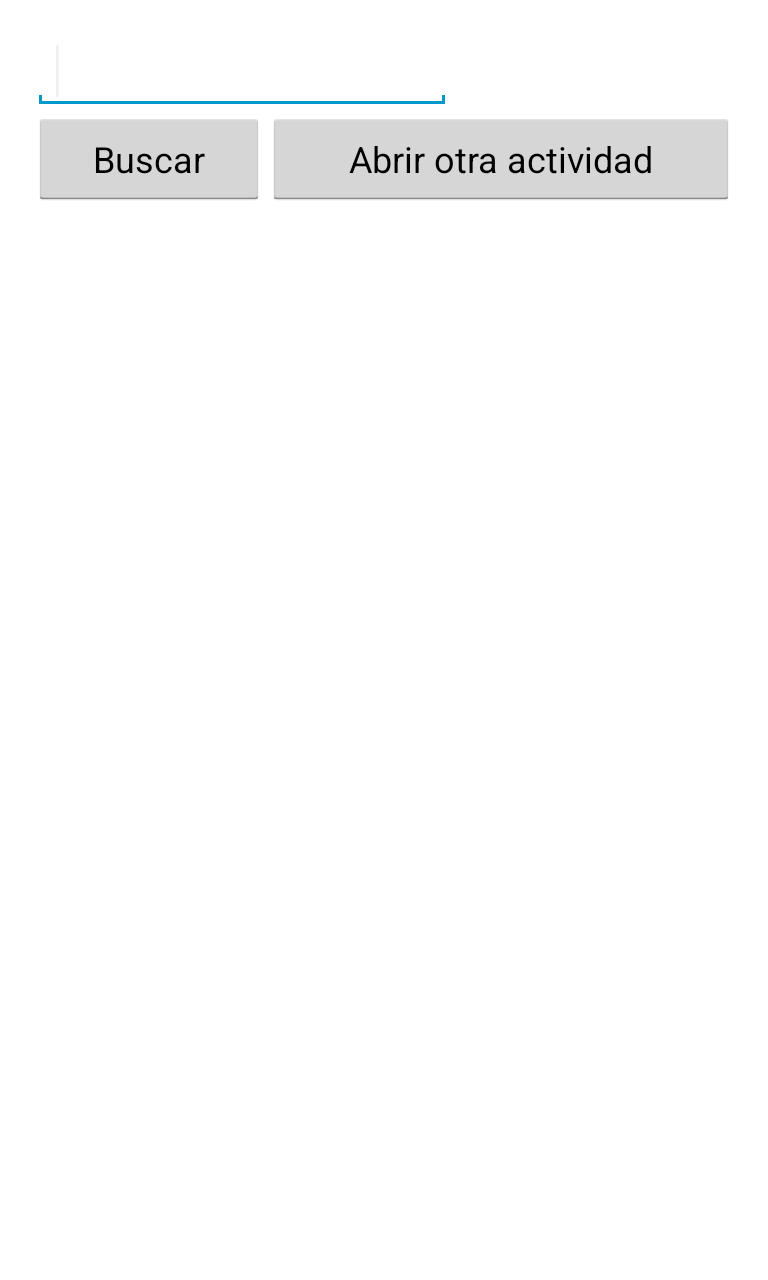
Repository: Kenwal/DemosS1
Layout: Demo5/res/layout/activity_main.xml
These files come from the project's save history. The layout is drawn as it stood at one moment and after the next save; the edit follows.
It is drawn on a 768 x 1280 px phone screen (xhdpi) without system bars, with theme AppTheme; the app's code is not run.

Above is the layout before, as saved 2014-01-23 17:36:58.

### Demo5/res/layout/activity_main.xml
<LinearLayout xmlns:android="http://schemas.android.com/apk/res/android"
    xmlns:tools="http://schemas.android.com/tools"
    android:layout_width="match_parent"
    android:layout_height="match_parent"
    android:paddingBottom="@dimen/activity_vertical_margin"
    android:paddingLeft="@dimen/activity_horizontal_margin"
    android:paddingRight="@dimen/activity_horizontal_margin"
    android:paddingTop="@dimen/activity_vertical_margin"
    android:orientation="vertical"
    android:id="@+id/mainContent"
    tools:context=".MainActivity" >

    <EditText
        android:id="@+id/editTextSearchQuery"
        android:layout_width="wrap_content"
        android:layout_height="wrap_content"
        android:inputType="text"
        android:ems="10" >

        <requestFocus />
    </EditText>

    <LinearLayout
        android:layout_width="match_parent"
        android:layout_height="wrap_content" >

        <Button
	        android:id="@+id/btnSearch"
	         android:layout_weight="1"
	        android:layout_width="0dp"
	        android:layout_height="wrap_content"
	        android:text="@string/btn_search" />

	    <Button
	        android:id="@+id/btnOpenActivity"
	        android:layout_weight="2"
	        android:layout_width="0dp"
	        android:layout_height="wrap_content"
	        android:text="@string/btn_open_activity" />

    </LinearLayout>

    <Button
        android:id="@+id/btnList"
        android:layout_width="0dp"
        android:layout_height="wrap_content"
        android:text="@string/btn_list" />

</LinearLayout>

### Demo5/res/values/strings.xml
<?xml version="1.0" encoding="utf-8"?>
<resources>

    <string name="app_name">Demo 5</string>
    <string name="action_settings">Settings</string>
    <string name="hello_world">Hola Android!</string>
    <string name="btn_search">Buscar</string>
    <string name="btn_open_activity">Abrir otra actividad</string>
    <string name="btn_list">Listado</string>
    <string name="txt_checkbox">¿te gusta android?</string>
    <string name="txt_radio_0">Opción A</string>
    <string name="txt_radio_1">Opción B</string>
    <string name="txt_radio_2">Opción C</string>
    <string name="title_activity_show_search_query">ShowSearchQueryActivity</string>

</resources>

Loaded but not shown: Demo5/res/values/styles.xml (common file); Demo5/res/values-v11/styles.xml (common file); Demo5/res/values-v14/styles.xml (common file); Demo5/res/values/dimens.xml (common file)

After the next save:
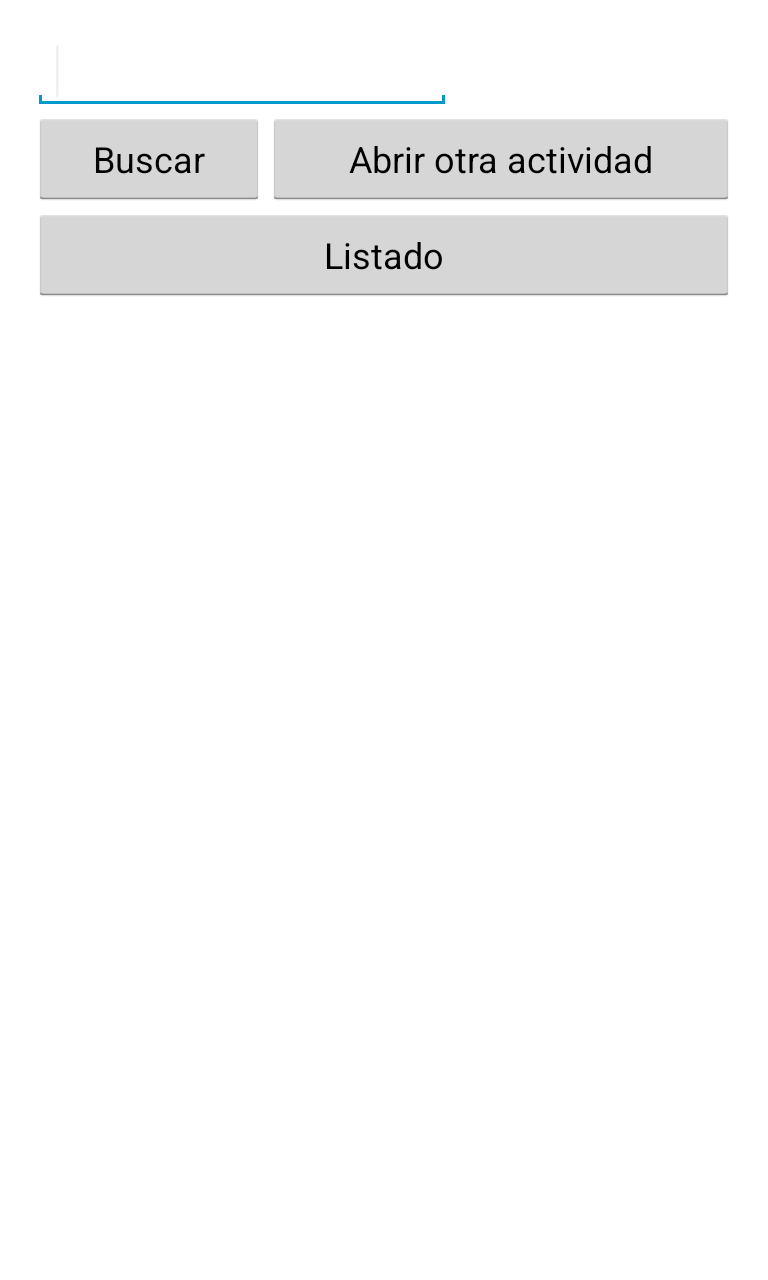
Saved 24 s later.
--- a/Demo5/res/layout/activity_main.xml
+++ b/Demo5/res/layout/activity_main.xml
@@ -42,7 +42,7 @@
 
     <Button
         android:id="@+id/btnList"
-        android:layout_width="0dp"
+        android:layout_width="match_parent"
         android:layout_height="wrap_content"
         android:text="@string/btn_list" />
 
